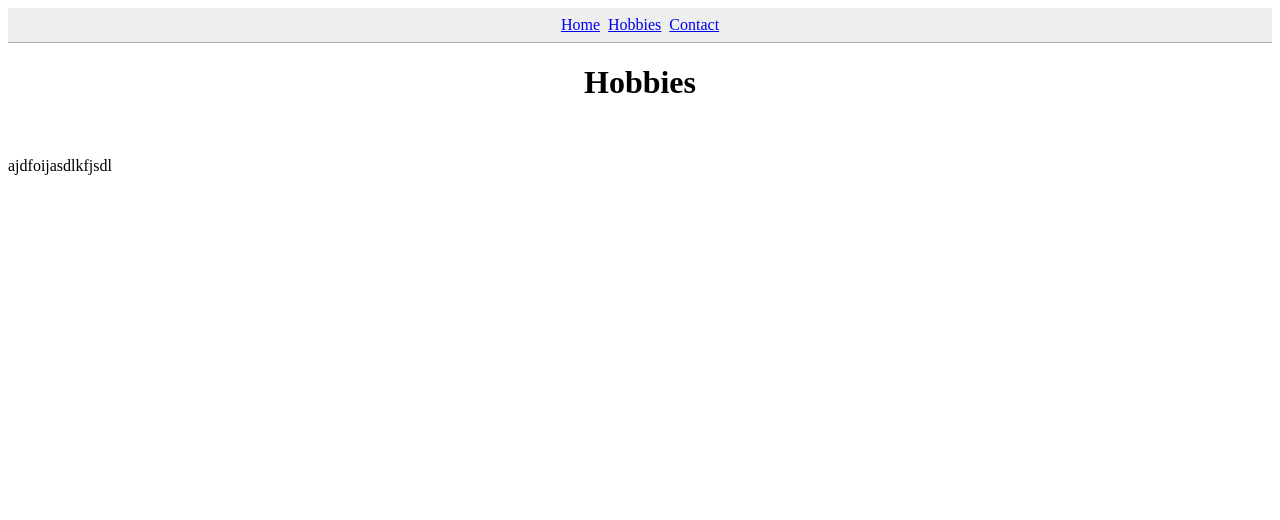
Repository: sebas6292/Jeff-Midterm
Page: hobby.html
The author's editor kept a copy of each file at every save. The page is drawn from the files as they stood at one save, then again after the next save.
The browser window is 1280 px wide. The pictures show the whole page.

Above is the page before, as saved 2023-04-30 22:47:24.

After the next save:
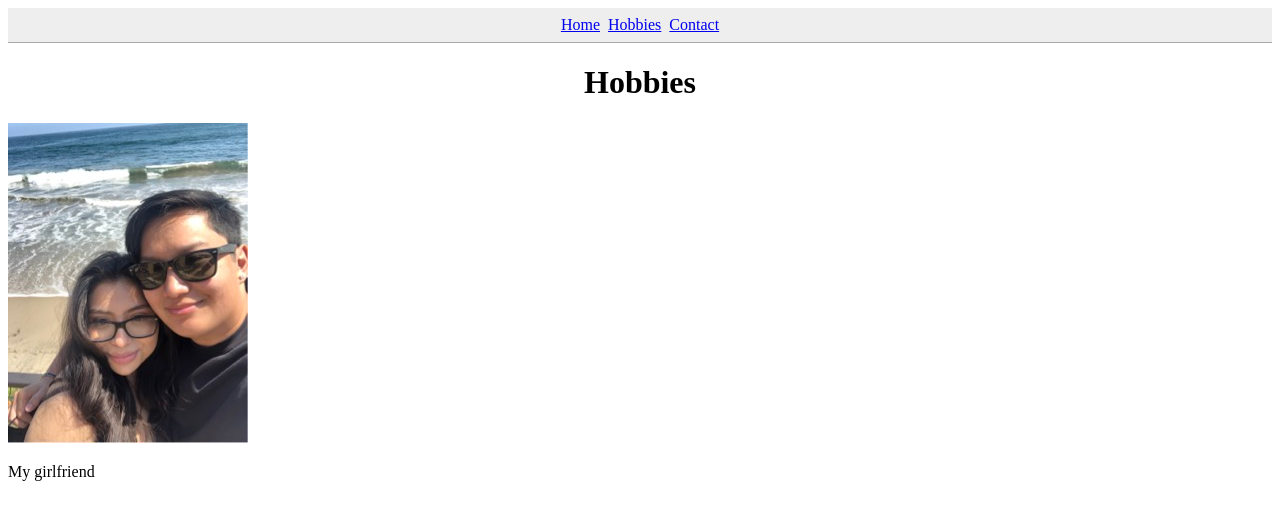
Saved 35 s later.
--- a/hobby.html
+++ b/hobby.html
@@ -17,8 +17,8 @@
 
       <section class="container">
         <div class="box-container">
-            <img src="" />
-            <p>ajdfoijasdlkfjsdl</p>
+            <img src="pics/Relationship.jpeg" />
+            <p>My girlfriend</p>
         </div>
       </section>
 
